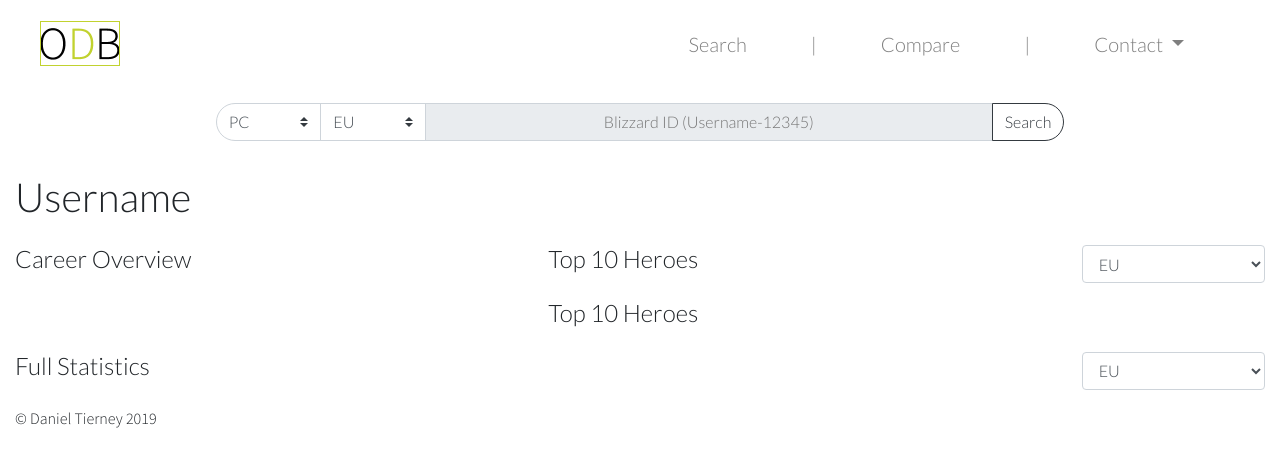
Repository: Cobonkoi/overwatch-dashboard
Page: search.html
The author's editor kept a record of every edit. The page is drawn from the files as they stood at one moment, then again after the next edit.
The browser window is 1280 px wide. The pictures show the whole page.

Above is the page before.

### search.html
<!DOCTYPE html>
<html lang="en">

<head>
    <meta charset="UTF-8">
    <meta name="viewport" content="width=device-width, initial-scale=1.0">
    <meta http-equiv="X-UA-Compatible" content="ie=edge">
    <title>Overwatch Dashboard</title>
    <link rel="stylesheet" href="libraries/bootstrap.min.css" type="text/css" />
    <link rel="stylesheet" href="https://stackpath.bootstrapcdn.com/font-awesome/4.7.0/css/font-awesome.min.css" type="text/css" />
    <link href="https://fonts.googleapis.com/css?family=Lato:300|Source+Sans+Pro:300&display=swap" rel="stylesheet">
    <link rel="stylesheet" href="assets/css/style.css" type="text/css" />
</head>

<body>
    <!-- NAVBAR -->
    <nav class="navbar navbar-expand-sm navbar-light my-2">
        <a href="index.html" class="navbar-brand ml-4"><img src="assets/images/brand-image.png" alt="Website Logo" width="80" height="45"></a>

        <button class="navbar-toggler ml-auto" type="button" data-toggle="collapse" data-target="#navbarNavDropdown" aria-controls="navbarNavDropdown" aria-expanded="false" aria-label="Toggle navigation">
            <span class="navbar-toggler-icon"></span></button>

        <div class="collapse navbar-collapse" id="navbarNavDropdown">
            <ul class="navbar-nav ml-auto mr-4">
                <li class="nav-item mr-5"><a class="nav-link" href="search.html">Search</a></li>
                <li class="mr-5 d-none d-sm-block"><a class="nav-link">|</a></li>
                <li class="nav-item mr-5"><a class="nav-link" href="compare.html">Compare</a></li>
                <li class="mr-5 d-none d-sm-block"><a class="nav-link">|</a></li>
                <li class="nav-item dropdown mr-5">
                    <a class="nav-link dropdown-toggle" href="" id="navbarDropdownMenuLink" role="button" data-toggle="dropdown" aria-haspopup="true" aria-expanded="false">
                      Contact
                    </a>
                    <div class="dropdown-menu" aria-labelledby="navbarDropdownMenuLink">
                        <a class="dropdown-item" href="featurerequest.html">Feature Request</a>
                        <a class="dropdown-item" href="bugreport.html">Bug Report</a>
                    </div>
                </li>
            </ul>
        </div>
    </nav>
    <!-- /NAVBAR -->

    <!-- SEARCH -->
    <div class="container search-container text-center d-none d-sm-block">
        <div class="row">
            <div class="col-12 my-3">
                <form class="form-inline" id="searchForm">
                    <div class="input-group mb-3 mx-auto">
                        <select class="custom-select rounded-left--search" id="searchFormPlatform" onchange="changeUsernamePlaceholder(); changeRegionHidden();">
                            <option disabled>Platform...</option>
                            <option value="pc">PC</option>
                            <option value="psn">PS4</option>
                            <option value="xbl">Xbox</option>
                        </select>
                        <select class="custom-select" id="searchFormRegion">
                            <option disabled>Region...</option>
                            <option value="eu">EU</option>
                            <option value="us">US</option>
                            <option value="asia">Asia</option>
                        </select>
                        <div class="input-group-append">
                            <input type="text" class="input-group-text" id="searchFormUsername" placeholder="Blizzard ID (Username-12345)" size="65" required>
                        </div>
                        <div class="input-group-append">
                            <button type="submit" class="btn btn-outline-dark rounded-right--search" form="searchForm">Search</button>                        </div>
                        </div>
                    </div>
                </form>
            </div>
        </div>
    </div>
    <!-- /SEARCH -->

        <!-- SEARCH-MOBILE -->
    <div class="container search-container text-center d-sm-none">
        <div class="row">
            <div class="col-12">
                <form class="form-group" id="searchFormMobile">
                    <div class="mb-3 mx-auto">
                        <select class="form-control my-4" id="searchFormPlatformMobile" onchange="changeUsernamePlaceholderMobile(); changeRegionHiddenMobile();">
                            <option disabled>Platform...</option>
                            <option value="pc">PC</option>
                            <option value="psn">PS4</option>
                            <option value="xbl">Xbox</option>
                        </select>
                        <select class="form-control my-4" id="searchFormRegionMobile">
                            <option disabled>Region...</option>
                            <option value="eu">EU</option>
                            <option value="us">US</option>
                            <option value="asia">Asia</option>
                        </select>
                        <div class="input-group-append my-4">
                            <input type="text" class="form-control" id="searchFormUsernameMobile" placeholder="Blizzard ID (Username-12345)" required>
                        </div>
                    </div>
                </form>
            </div>
        </div>
    </div>

    <div class="container-fluid text-center before-footer d-sm-none">
        <div class="row">
            <div class="col-12 mb-5">
                <button type="submit" class="btn btn-outline-dark btn-rounded btn--search" form="searchFormMobile">Search</button>
            </div>
        </div>
    </div>
    <!-- /SEARCH MOBILE -->

    <!-- HEADER -->
    <div class="container-fluid search-header-container">
        <div class="row">
            <div class="col-12 mb-3">
                <h1 class="" id="">Username</h1>
            </div>
        </div>
    </div>
    <!-- /HEADER -->

    <!-- CAREER OVERVIEW -->
    <div class="container-fluid career-overview-container">
        <div class="row">
            <div class="col-5 mb-3">
                <h4 class="" id="">Career Overview</h4>
            </div>
            <div class="col-5 mb-3">
                <h4 class="" id="">Top 10 Heroes</h4>
            </div>
            <div class="col-2 mb-3">
                <select class="form-control" id="">
                    <option disabled>Region...</option>
                    <option value="eu">EU</option>
                    <option value="us">US</option>
                    <option value="asia">Asia</option>
                </select>
            </div>
        </div>
        <div class="row">
            <div class="col-5 mb-3">
                <!-- overview table -->
            </div>
            <div class="col-5 mb-3">
                <h4 class="" id="">Top 10 Heroes</h4>
            </div>
        </div>
    </div>
    <!-- /CAREER OVERVIEW -->

    <!-- FULL STATISTICS -->
    <div class="container-fluid search-header-container">
        <div class="row">
            <div class="col-10 mb-3">
                <h4 class="" id="">Full Statistics</h4>
            </div>
            <div class="col-2 mb-3">
                <select class="form-control" id="">
                    <option disabled>Region...</option>
                    <option value="eu">EU</option>
                    <option value="us">US</option>
                    <option value="asia">Asia</option>
                </select>
            </div>
        </div>
    </div>
    <!-- /FULL STATISTICS -->


    <!-- <div class="container-fluid">
        <div class="row">
            <div class="col-12">
                <div>Games: </div>
                <div id="stat-games"></div><br>
                <div>Test Usernames: <br> Zael-2375 (PC, EU)<br> Sharpy-2695 (PC, EU)<br> MLGesus-21679 (PC, EU)<br> LicensedCntrctr (Xbox, US)<br> Ignortion (PS4, US)<br> NekoGirlMx (PS4, Asia)<br> shon bilinkis (Xbox, Asia)</div>
            </div>
        </div>
    </div> /-->

    <!-- FOOTER -->
    <footer class="footer">
        <div class="container-fluid">
            <div class="row">
                <div class="col-12 text-left">
                    <p>© Daniel Tierney 2019</p>
                </div>
            </div>
        </div>
    </footer>
    <!-- /FOOTER -->

    <!-- SCRIPTS -->
    <script src="libraries/jquery.slim.min.js"></script>
    <script src="libraries/bootstrap.bundle.min.js"></script>
    <script src="assets/javascript/main.js"></script>
    <!-- /SCRIPTS -->

</body>
</html>

### assets/css/style.css
html,
body {
    height: 100%;
}

body {
    font-family: 'Lato', sans-serif;
    display: flex;
    flex-direction: column;
}

p {
    font-family: 'Source Sans Pro', sans-serif;
}

/* -- NAVBAR -- */

.navbar-nav {
    font-size: 1.25rem;
}

/* -- FOOTER -- */

.before-footer {
    flex: 1 0 auto;
}

.footer {
    flex-shrink: 0;
}

/* -- CONTAINERS -- */

.callout-container {
    height: 30vh;

    display: flex;
    align-items: flex-end;
    justify-content: center;
}

.reminder-container {
    align-items: center;
    justify-content: center;
}

.search-container {
    align-items: center;
    justify-content: center;
}

/* -- FORM ASSETS -- */



/* -- BUTTONS -- */

.btn--search {
    font-size: 1.1rem;
    border-radius: 10rem;
    width: 10rem;
}

/* -- HEADERS -- */

#indexTitle {
    font-size: 3.5rem;
}

/* ---- MEDIA QUERIES ---- */

@media (min-width: 768px) {

/* -- FORM ASSETS -- */
    .rounded-left--search {
        border-top-left-radius: 10rem;
        border-bottom-left-radius: 10rem;
    }

    .rounded-right--search {
        border-top-right-radius: 10rem;
        border-bottom-right-radius: 10rem;
    }
}

### assets/javascript/main.js
const baseURL = "https://ow-api.com/v1/stats/";


function getData(type, cb) {
    var xhr = new XMLHttpRequest();

    var platform = document.getElementById("search-form-platform").value;
    var region = document.getElementById("search-form-region").value;
    var username = document.getElementById("search-form-username").value;

    if (platform == "pc") {
        var profileUrl = baseURL + platform + "/" + region + "/" + username + "/complete";
    } else {
        var profileUrl = baseURL + platform + "/"  + username + "/complete";
    }

    xhr.onreadystatechange = function() {
        if (this.readyState == 4 && this.status == 200) {
            cb(JSON.parse(this.responseText));
        }
    };

    xhr.open("GET", profileUrl);
    xhr.send();
}

function writeToDocument(type) {
    getData(type, function(data) {
        console.dir(data);
        document.getElementById("stat-games").innerHTML = `Played ${data.competitiveStats.games.played} / Won ${data.competitiveStats.games.won}`;
    });
}

function changeUsernamePlaceholder() {
    if (document.getElementById("searchFormPlatform").value == "pc") {
        document.getElementById("searchFormUsername").placeholder = "Blizzard ID (Username-12345)";
    } else if (document.getElementById("searchFormPlatform").value == "xbl") {
        document.getElementById("searchFormUsername").placeholder = "Gamertag";
    } else if (document.getElementById("searchFormPlatform").value == "psn") {
        document.getElementById("searchFormUsername").placeholder = "PSN ID";
    }
}

function changeUsernamePlaceholderMobile() {
    if (document.getElementById("searchFormPlatformMobile").value == "pc") {
        document.getElementById("searchFormUsernameMobile").placeholder = "Blizzard ID (Username-12345)";
    } else if (document.getElementById("searchFormPlatformMobile").value == "xbl") {
        document.getElementById("searchFormUsernameMobile").placeholder = "Gamertag";
    } else if (document.getElementById("searchFormPlatformMobile").value == "psn") {
        document.getElementById("searchFormUsernameMobile").placeholder = "PSN ID";
    }
}

function changeRegionHidden() {
    if (document.getElementById("searchFormPlatform").value == "pc") {
        var regionDropdown = document.getElementById("searchFormRegion");
        regionDropdown.removeAttribute("hidden");
    } else if (document.getElementById("searchFormPlatform").value == "xbl") {
        var regionDropdown = document.getElementById("searchFormRegion");
        regionDropdown.setAttribute("hidden", true);
    } else if (document.getElementById("searchFormPlatform").value == "psn") {
        var regionDropdown = document.getElementById("searchFormRegion");
        regionDropdown.setAttribute("hidden", true);
    }
}

function changeRegionHiddenMobile() {
    if (document.getElementById("searchFormPlatformMobile").value == "pc") {
        var regionDropdownMobile = document.getElementById("searchFormRegionMobile");
        regionDropdownMobile.removeAttribute("hidden");
    } else if (document.getElementById("searchFormPlatformMobile").value == "xbl") {
        var regionDropdownMobile = document.getElementById("searchFormRegionMobile");
        regionDropdownMobile.setAttribute("hidden", true);
    } else if (document.getElementById("searchFormPlatformMobile").value == "psn") {
        var regionDropdownMobile = document.getElementById("searchFormRegionMobile");
        regionDropdownMobile.setAttribute("hidden", true);
    }
}

Loaded but not shown: libraries/bootstrap.min.css (library); libraries/jquery.slim.min.js (library); libraries/bootstrap.bundle.min.js (library)

After the next edit:
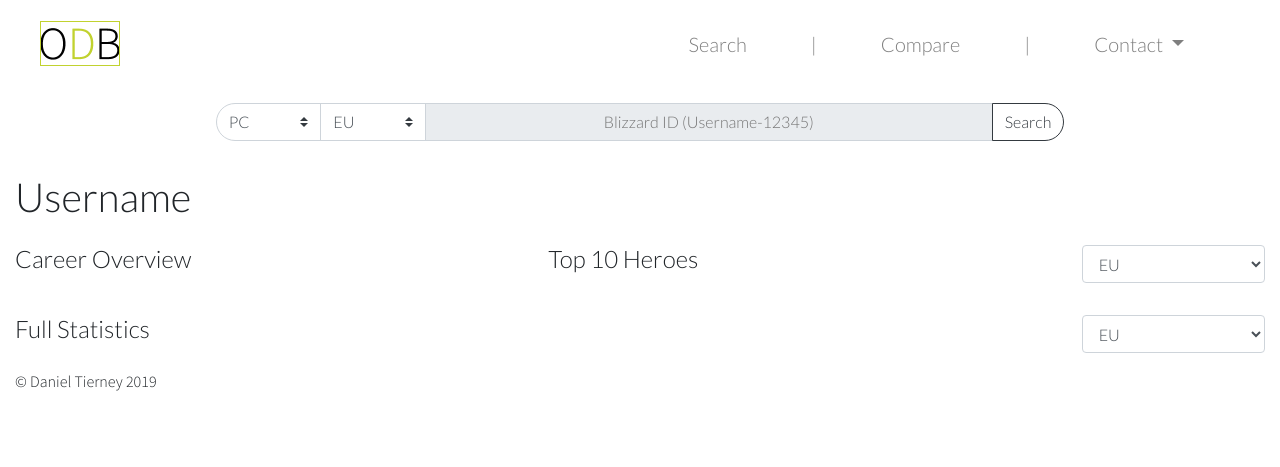
The edit:
--- a/search.html
+++ b/search.html
@@ -139,8 +139,8 @@
             <div class="col-5 mb-3">
                 <!-- overview table -->
             </div>
-            <div class="col-5 mb-3">
-                <h4 class="" id="">Top 10 Heroes</h4>
+            <div class="col-7 mb-3">
+                <!-- top 10 table -->
             </div>
         </div>
     </div>
